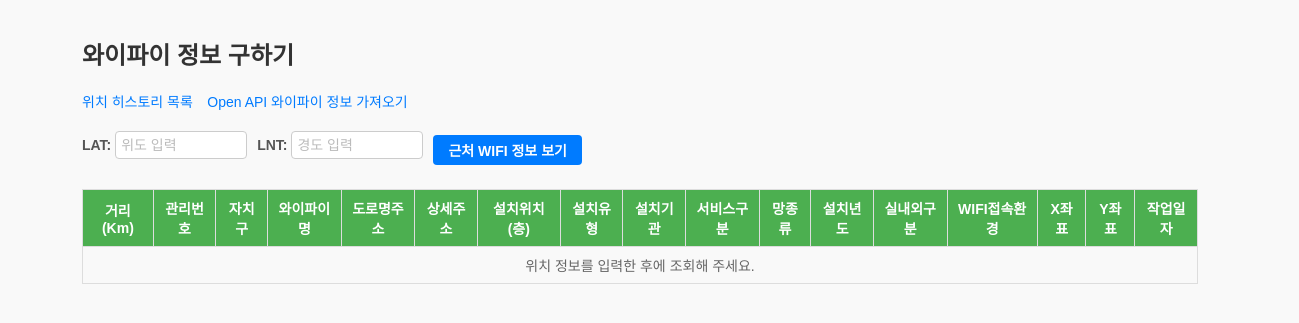
Repository: sangpyolee0/zerobase_task
Page: http://localhost/WifiProject/
These files come from the project's save history. The page is drawn as it stood at one moment and after the next save; the edit follows.
The browser window is 1280 px wide. The page is 1280 px wide, then 1299 px, so the pictures cover 1299 px, including what lies to the right of the window. The pictures show the whole page.
The page is served by Tomcat 9. Other server files are loaded and not shown.

Above is the page before, as saved 2024-12-08 16:26:27.

### WifiProject/src/main/webapp/index.jsp
<%@ page language="java" contentType="text/html; charset=UTF-8" pageEncoding="UTF-8"%>
<!DOCTYPE html>
<html>
<head>
    <title>와이파이 정보 구하기</title>
    <link rel="stylesheet" type="text/css" href="css/style.css">
    <link rel="stylesheet" type="text/css" href="css/index.css">
</head>
<body>
    <div class="container">
        <h1>와이파이 정보 구하기</h1>
        <nav>
            <a href="history.jsp">위치 히스토리 목록</a>
            <a href="add-wifi.jsp">Open API 와이파이 정보 가져오기</a>
        </nav>
        <form action="nearby-wifi.jsp" method="get">
            <label>LAT: <input type="text" name="lat" placeholder="위도 입력"></label>
            <label>LNT: <input type="text" name="lnt" placeholder="경도 입력"></label>
            <button type="submit">근처 WIFI 정보 보기</button>
        </form>
        <table>
            <thead>
                <tr>
                    <th>거리(Km)</th>
                    <th>관리번호</th>
                    <th>자치구</th>
                    <th>와이파이명</th>
                    <th>도로명주소</th>
                    <th>상세주소</th>
                    <th>설치위치(층)</th>
                    <th>설치유형</th>
                    <th>설치기관</th>
                    <th>서비스구분</th>
                    <th>망종류</th>
                    <th>설치년도</th>
                    <th>실내외구분</th>
                    <th>WIFI접속환경</th>
                    <th>X좌표</th>
                    <th>Y좌표</th>
                    <th>작업일자</th>
                </tr>
            </thead>
            <tbody>
                <tr>
                    <td colspan="17" class="message">위치 정보를 입력한 후에 조회해 주세요.</td>
                </tr>
            </tbody>
        </table>
    </div>
</body>
</html>

### WifiProject/src/main/webapp/css/style.css
/* style.css */
body {
    font-family: Arial, sans-serif;
    margin: 0;
    padding: 20px;
    background-color: #f9f9f9;
}

h1, h3 {
    color: #333;
}

nav {
    margin-bottom: 20px;
}

nav a {
    text-decoration: none;
    color: #007BFF;
    margin-right: 10px;
}

nav a:hover {
    text-decoration: underline;
}

form label {
    display: block;
    margin-bottom: 10px;
}

button {
    background-color: #007BFF;
    color: white;
    border: none;
    padding: 10px 15px;
    cursor: pointer;
    border-radius: 5px;
}

button:hover {
    background-color: #0056b3;
}

table {
    width: 100%;
    border-collapse: collapse;
    margin-top: 20px;
}

table th, table td {
    border: 1px solid #ddd;
    padding: 8px;
    text-align: left;
}

table th {
    background-color: #f2f2f2;
}

### WifiProject/src/main/webapp/css/index.css
/* index.css: index.jsp 전용 스타일 */
body {
    font-family: Arial, sans-serif;
    margin: 0;
    padding: 20px;
    background-color: #f9f9f9;
}

.container {
    width: 90%;
    max-width: 1200px;
    margin: 0 auto;
}

h1 {
    font-size: 24px;
    color: #333;
    margin-bottom: 20px;
}

nav a {
    text-decoration: none;
    color: #007BFF;
    margin-right: 10px;
    font-size: 14px;
}

nav a:hover {
    text-decoration: underline;
}

form {
    margin-bottom: 20px;
    display: flex;
    align-items: center;
    gap: 10px;
}

form label {
    font-size: 14px;
    color: #555;
    font-weight: bold;
}

form input {
    padding: 5px;
    font-size: 14px;
    border: 1px solid #ccc;
    border-radius: 4px;
    width: 120px;
}

form input::placeholder {
    color: #bbb;
}

form button {
    background-color: #007BFF;
    color: #fff;
    border: none;
    padding: 5px 15px;
    font-size: 14px;
    border-radius: 4px;
    cursor: pointer;
    font-weight: bold;
}

form button:hover {
    background-color: #0056b3;
}

table {
    width: 100%;
    border-collapse: collapse;
    margin-top: 20px;
}

table th, table td {
    border: 1px solid #ddd;
    padding: 8px;
    text-align: center;
    font-size: 14px;
}

table th {
    background-color: #4CAF50;
    color: white;
    font-weight: bold;
}

table tr:nth-child(even) {
    background-color: #f2f2f2;
}

table tr:hover {
    background-color: #ddd;
}

.message {
    font-size: 14px;
    color: #666;
    text-align: center;
    margin-top: 20px;
}

After the next save:
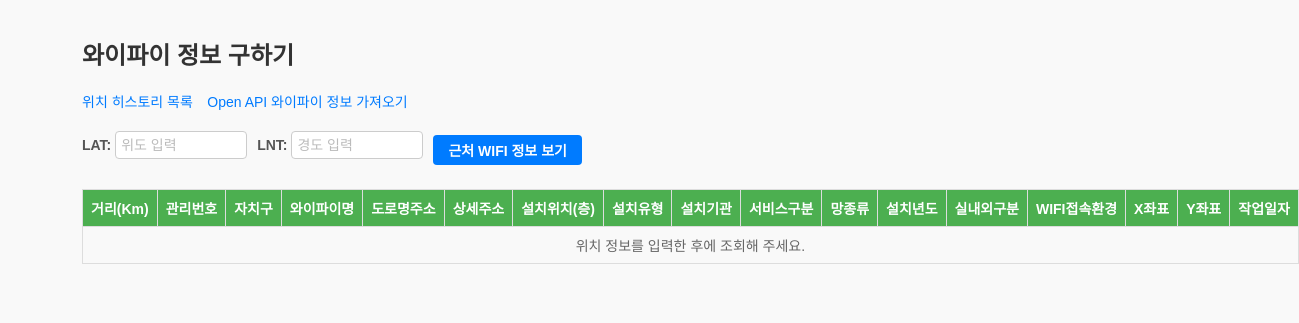
Saved 3 min 7 s later.
--- a/WifiProject/src/main/webapp/css/index.css
+++ b/WifiProject/src/main/webapp/css/index.css
@@ -75,17 +75,25 @@ table {
     margin-top: 20px;
 }
 
+/* index.css: 테이블 텍스트 줄 바꿈 방지 및 너비 조정 */
 table th, table td {
     border: 1px solid #ddd;
     padding: 8px;
     text-align: center;
     font-size: 14px;
+    white-space: nowrap; /* 텍스트 줄 바꿈 방지 */
 }
 
 table th {
     background-color: #4CAF50;
     color: white;
     font-weight: bold;
+}
+
+table td {
+    max-width: 200px; /* 셀의 최대 너비를 제한 */
+    overflow: hidden;
+    text-overflow: ellipsis; /* 텍스트가 너무 길 경우 말줄임표 표시 */
 }
 
 table tr:nth-child(even) {
@@ -96,6 +104,7 @@ table tr:hover {
     background-color: #ddd;
 }
 
+
 .message {
     font-size: 14px;
     color: #666;
